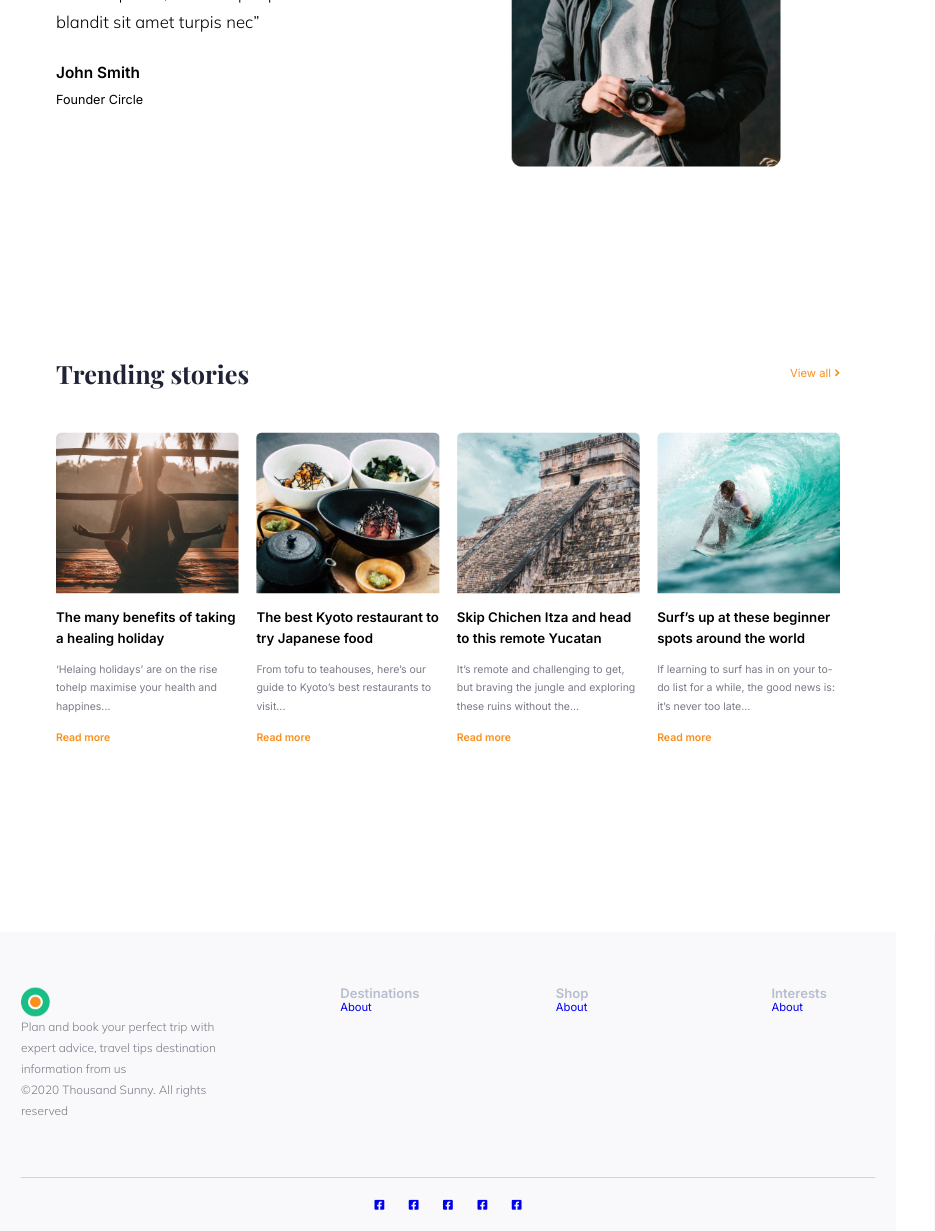
Repository: long5122000/sunny
Page: index.html
An editor plug-in stored every save of this project. The page is shown before and after the next save, followed by the edit.
The browser window is 1280 px wide. The page is 1335 px wide, so the pictures cover 1335 px, including what lies to the right of the window. The pictures show the part of the page from y = 3747 to 5587 px (the page is 5506 px tall before and 5587 px after), at 70% of full size.
The style sheet was rebuilt from its Sass, Less or Tailwind sources for each picture, by a compiler version that may differ from the author's.

Above is the page before, as saved 2021-11-25 14:29:14.

After the next save:
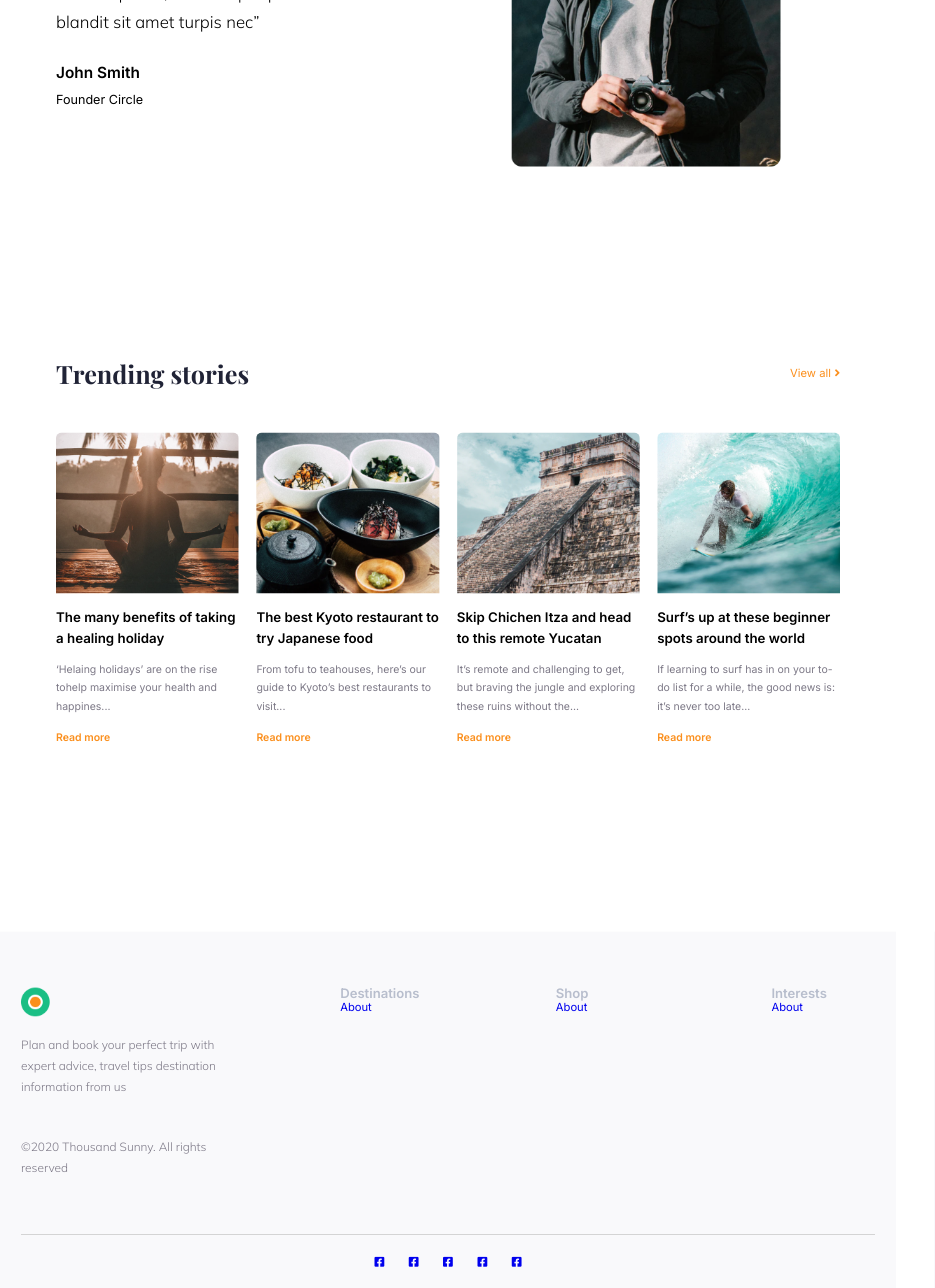
Saved 59 s later.
--- a/sass/_footer.scss
+++ b/sass/_footer.scss
@@ -15,4 +15,10 @@
     padding: 30px 0;
     gap: 0 35px;
   }
+  &-logo {
+    margin-bottom: 26px;
+  }
+  &-desc {
+    margin-bottom: 55px;
+  }
 }
